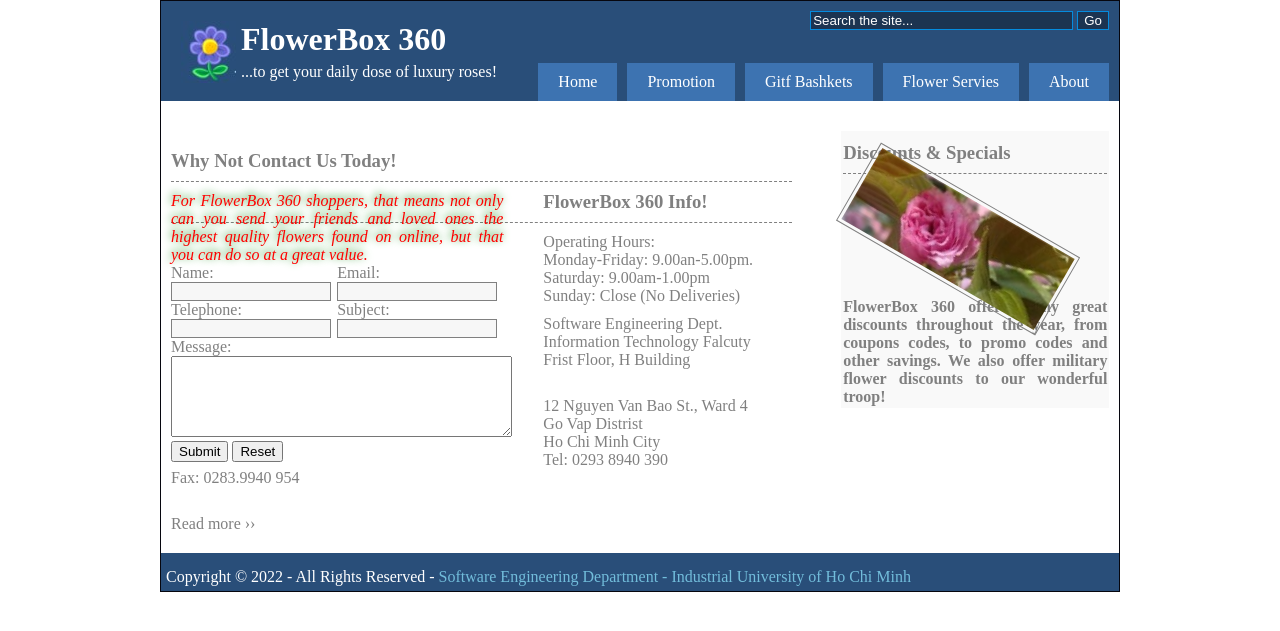
Repository: duongtheng/bai-tap-tuan-6
Page: html/index.html
An editor plug-in stored every save of this project. The page is shown before and after the next save, followed by the edit.
The browser window is 1280 px wide. The pictures show the whole page.

Above is the page before, as saved 2022-03-23 14:22:54.

After the next save:
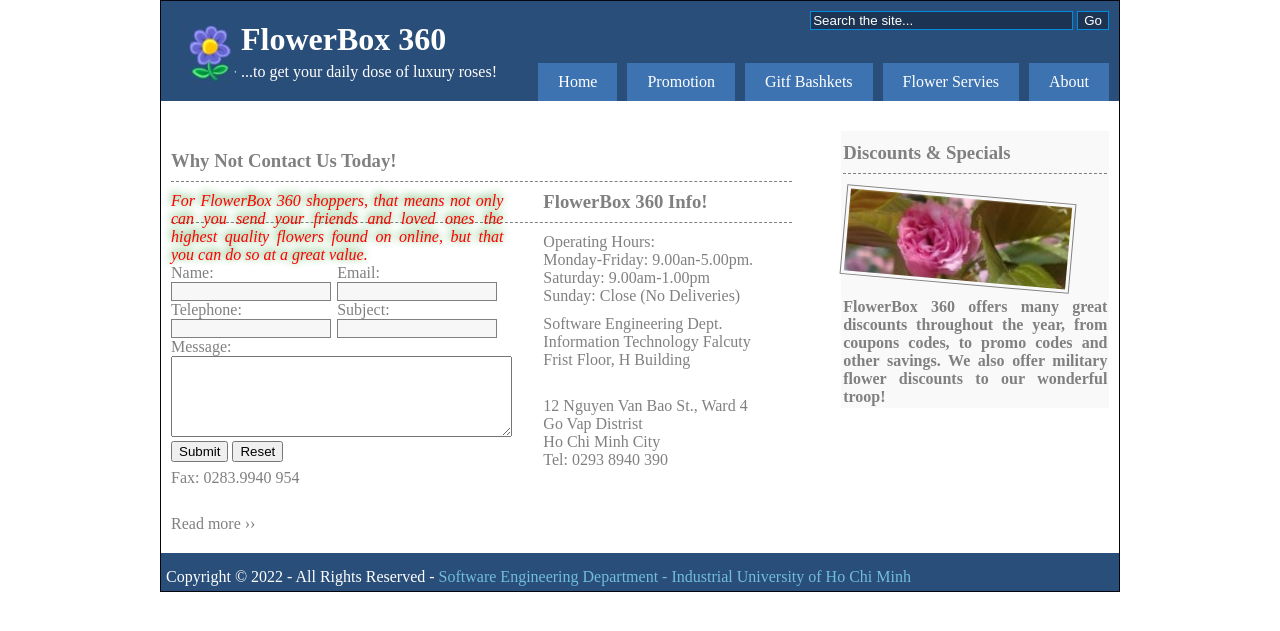
Saved 37 s later.
--- a/css/style.css
+++ b/css/style.css
@@ -142,7 +142,7 @@ aside img{
     margin-top: 20px;
     border: 1px solid gray;
     padding: 3px;
-    transform: rotate(30deg);
+    transform: rotate(5deg);
 }
 
 p{
